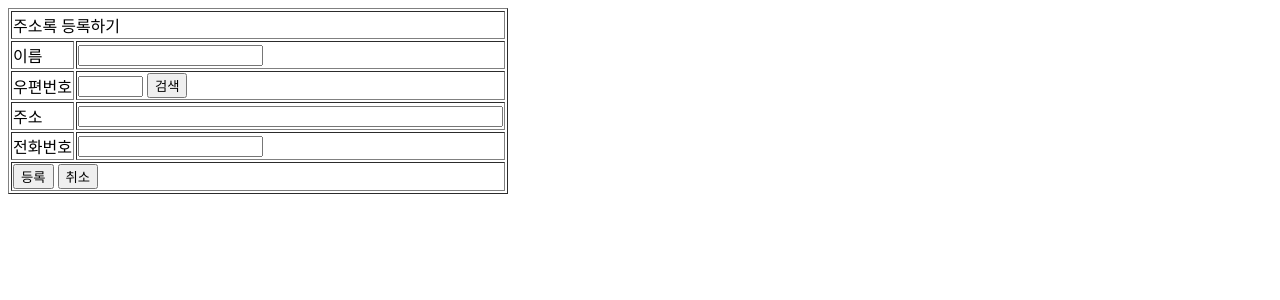
Repository: LEENYAMNYAM/JSP
Page: http://localhost/JSP_Project/address/insert.jsp
The author's editor kept a copy of each file at every save. The page is drawn from the files as they stood at one save, then again after the next save.
The browser window is 1280 px wide. The pictures show the whole page.
The page is served by Tomcat 9. Other server files are loaded and not shown.

Above is the page before, as saved 2025-02-28 03:24:10.

### JSP_Project/src/main/webapp/address/insert.jsp
<%@ page language="java" contentType="text/html; charset=UTF-8"
    pageEncoding="UTF-8"%>
<!DOCTYPE html>
<html>
<head>
<meta charset="UTF-8">
<title>Insert title here</title>
</head>
<body>

<form action="insertProcess.jsp">
	<table border=1>
		<tr>
			<td colspan="2"> 주소록 등록하기</td>
		</tr>
		<tr>
			<td> 이름 </td>
			<td><input type='text' name="name" id="name"></td>
		</tr>
		<tr>
			<td> 우편번호 </td>
			<td><input type='text' size = 5 name="zipcode" id="zipcode">
				<button type="button"> 검색 </button></td>
		</tr>
		<tr>
			<td> 주소 </td>
			<td><input type='text' size = 50 name="addr" id="addr"></td>
		</tr>
		<tr>
			<td> 전화번호 </td>
			<td><input type="text" name="tel" id="tel"></td>
		</tr>
		<tr>
			<td colspan="2"><input type="submit" value="등록">
			                <input type="reset" value="취소"></td>
		</tr>
	</table>
</form>
</body>
</html>

After the next save:
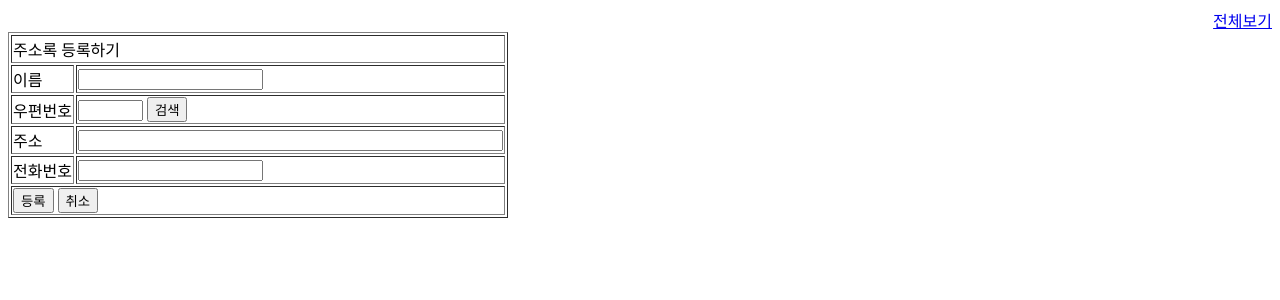
Saved 31 s later.
--- a/JSP_Project/src/main/webapp/address/insert.jsp
+++ b/JSP_Project/src/main/webapp/address/insert.jsp
@@ -7,7 +7,9 @@
 <title>Insert title here</title>
 </head>
 <body>
-
+<div align = "right">
+	<a href= "list.jsp">전체보기</a>
+</div>
 <form action="insertProcess.jsp">
 	<table border=1>
 		<tr>
